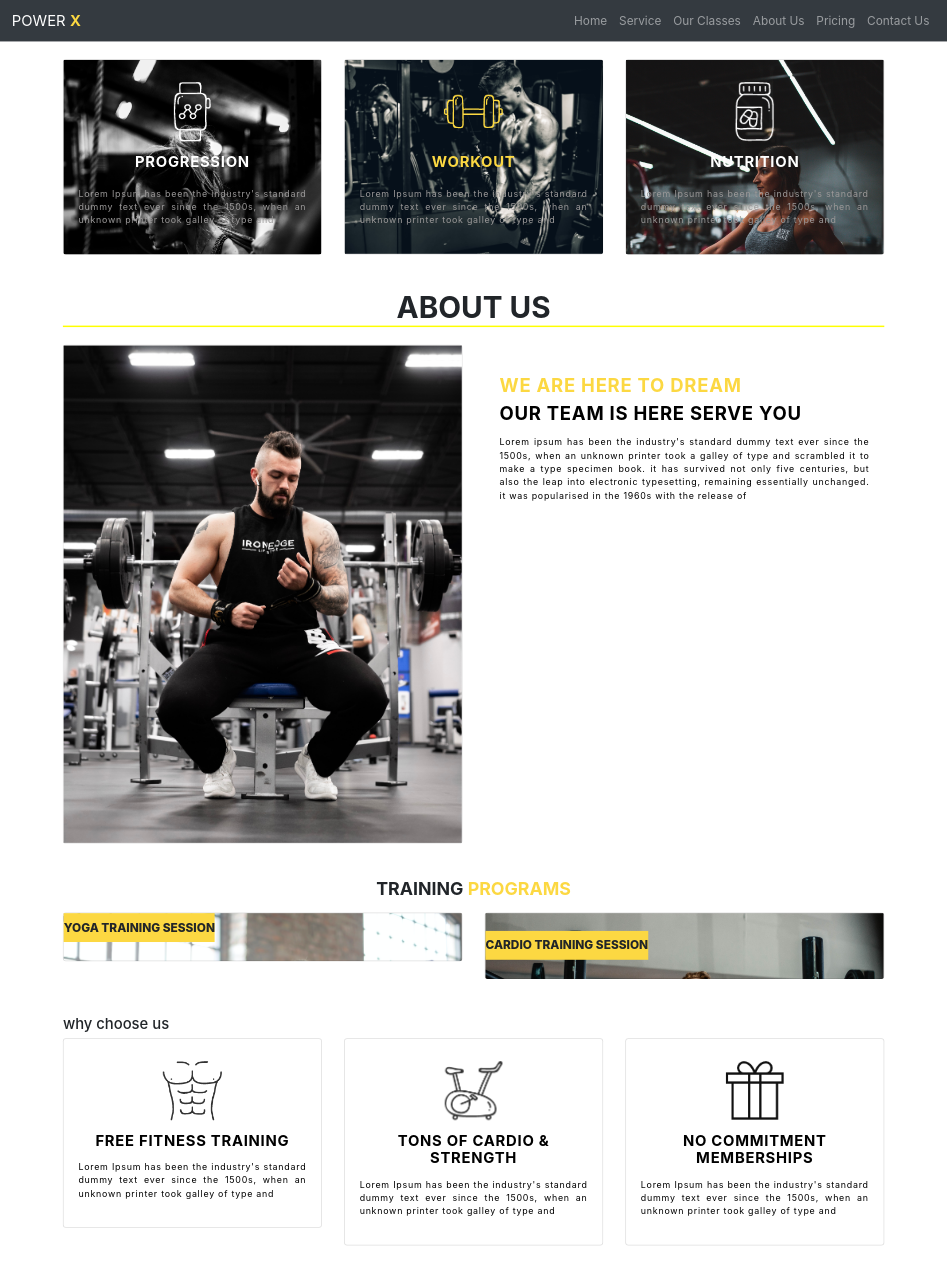
Repository: arif286/power-x-gym
Page: /
These files come from the project's save history. The page is drawn as it stood at one moment and after the next save; the edit follows.
The browser window is 1280 px wide. The pictures show the whole page, at 74% of full size.
The project was rebuilt for these pictures with package versions that can differ from the ones it lists, and the page was loaded fresh each time.

Above is the page before, as saved 2021-04-06 22:09:05.

After the next save:
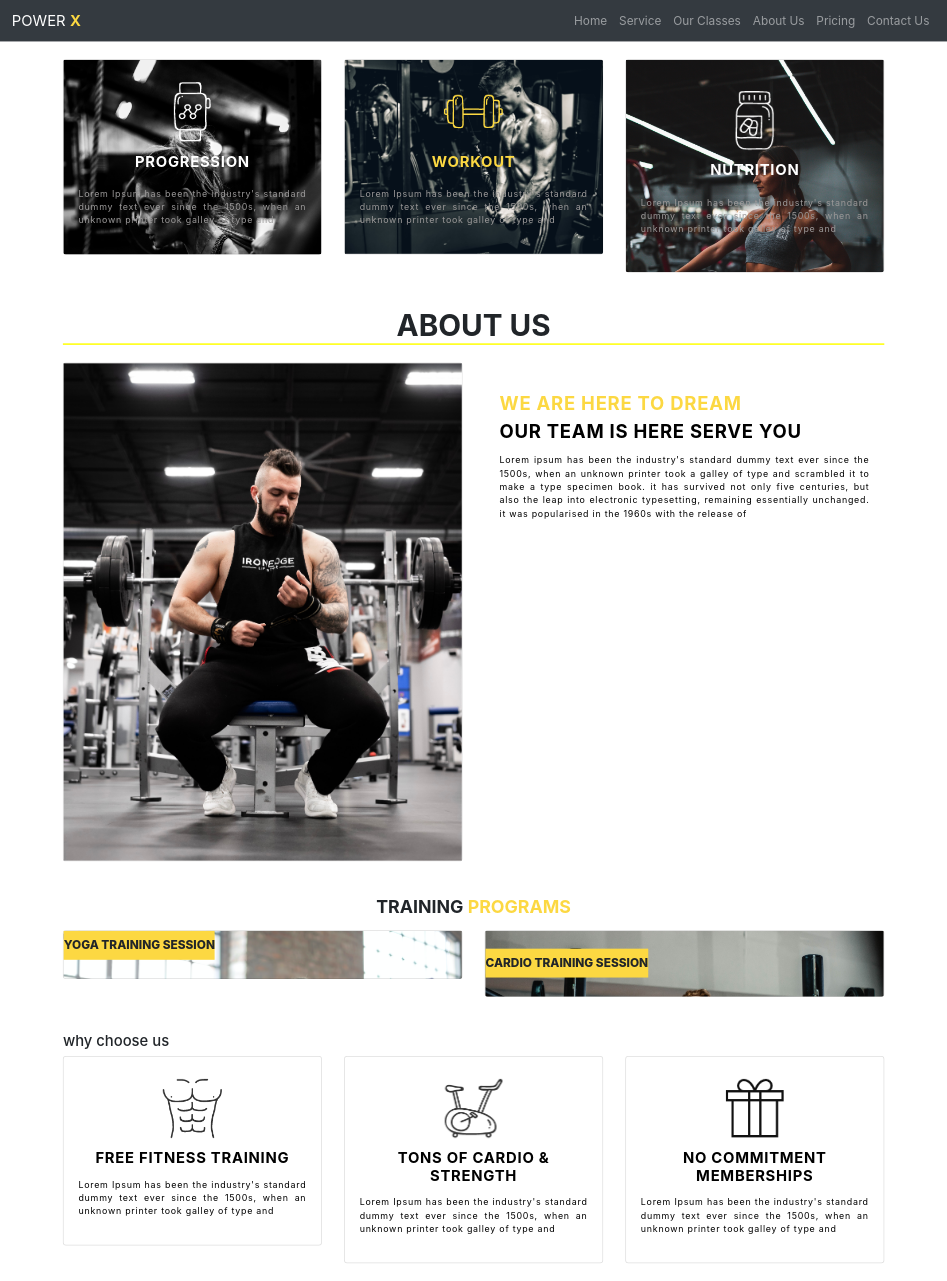
Saved 91 s later.
--- a/src/components/WorkOut/WorkOut.js
+++ b/src/components/WorkOut/WorkOut.js
@@ -10,7 +10,7 @@ const WorkOut = () => {
     <>
       <Container>
         <Row className="row-cols-1 row-cols-md-3 g-4">
-          <Col className="pb-xs-4">
+          <Col className="pb-sm-4">
             <Card className="hard-work work-card h-100">
               <Card.Body className="work-body">
                 <img src={watch} className="work-img" alt="" />
@@ -23,7 +23,7 @@ const WorkOut = () => {
               </Card.Body>
             </Card>
           </Col>
-          <Col className="pb-xs-4">
+          <Col className="pb-sm-4">
             <Card className="work-out work-card h-100">
               <Card.Body className="work-body">
                 <img className="work-img" src={dumble} alt="" />
